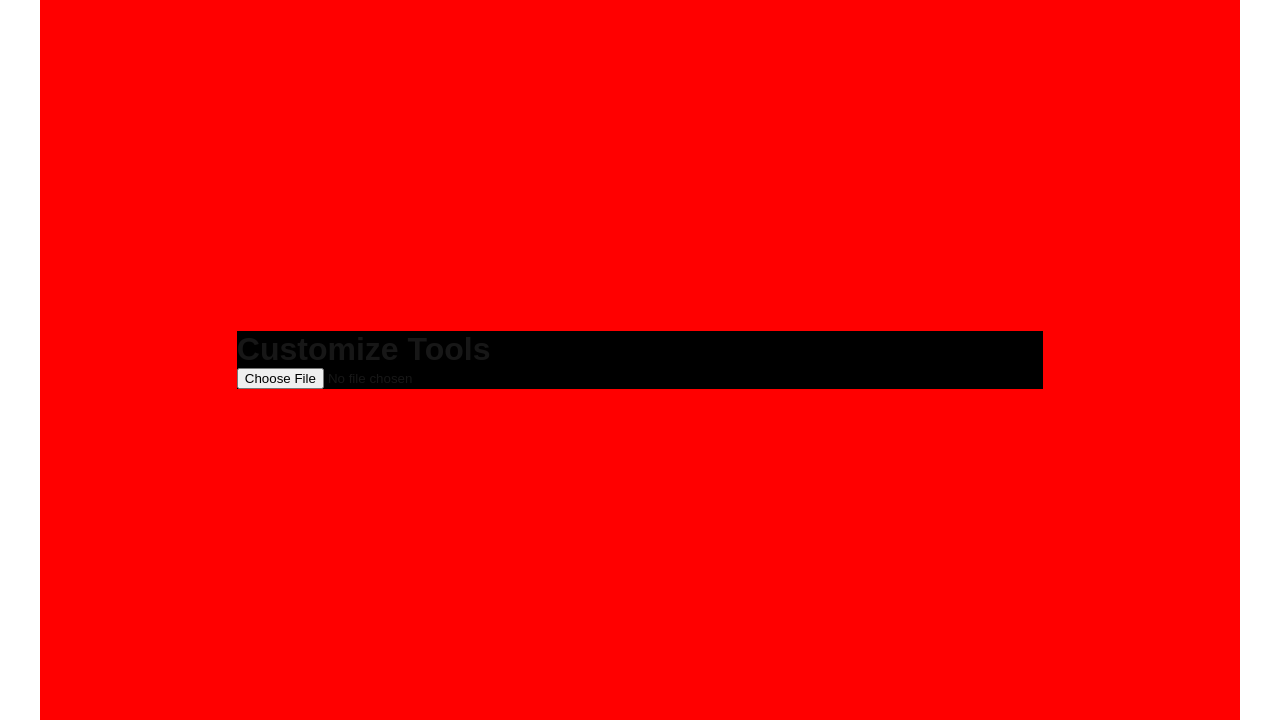
Repository: Sumaiya43/medna-tools
Page: /
These files come from the project's save history. The page is drawn as it stood at one moment and after the next save; the edit follows.
The browser window is 1280 px wide. The pictures show the whole page.
The project was rebuilt for these pictures with package versions that can differ from the ones it lists, and the page was loaded fresh each time. The framework's server and built-in components were replaced by stand-ins that run in the browser. Also part of the build but not shown: next.config.mjs.

Above is the page before, as saved 2026-02-26 02:46:11.

After the next save:
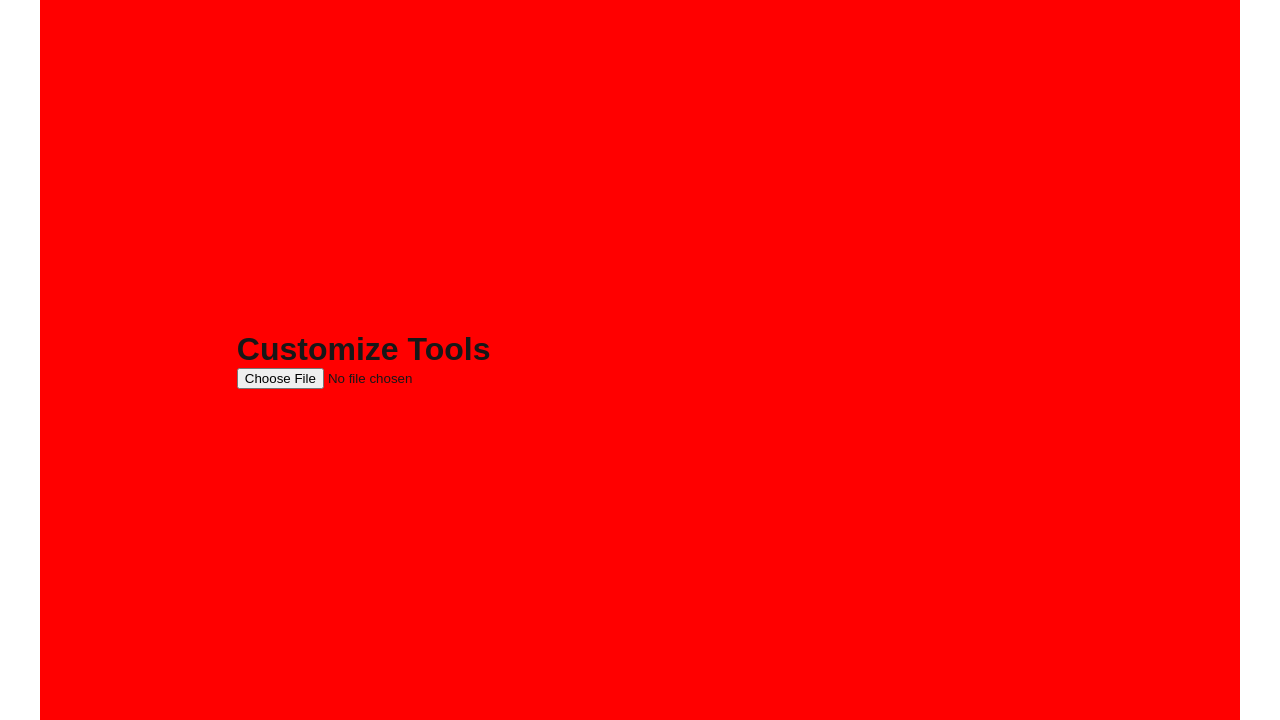
Saved 9 s later.
--- a/src/app/page.module.css
+++ b/src/app/page.module.css
@@ -11,6 +11,5 @@
 }
 
 .main {
-  background: #000;
   width: 70%;
 }
